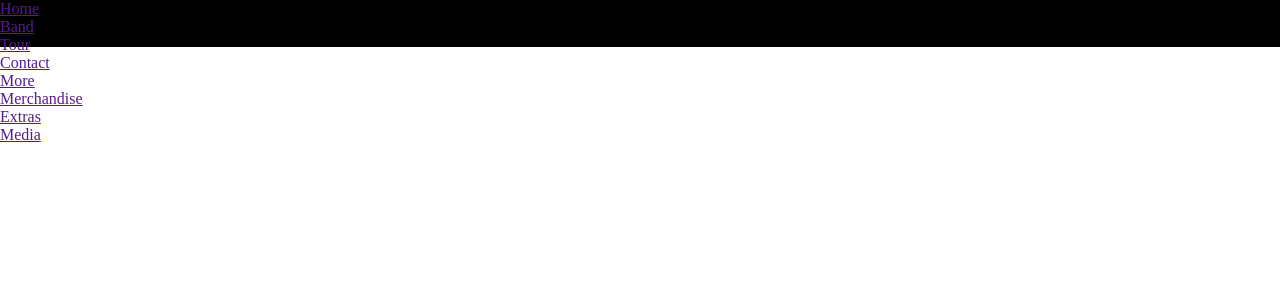
Repository: Dino0411/Dino0411.github.io
Page: index.html
The author's editor kept a copy of each file at every save. The page is drawn from the files as they stood at one save, then again after the next save.
The browser window is 1280 px wide. The pictures show the whole page.

Above is the page before, as saved 2021-10-03 18:05:44.

After the next save:
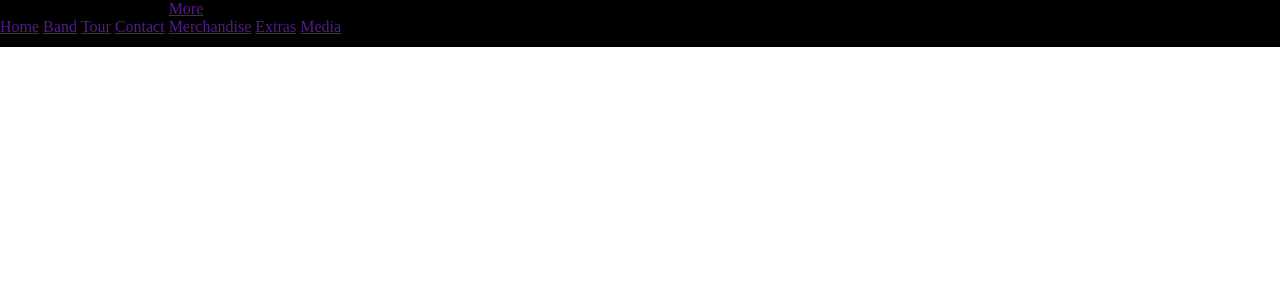
Saved 4 min 41 s later.
--- a/assets/css/style.css
+++ b/assets/css/style.css
@@ -24,6 +24,11 @@
   height: 47px;
   background-color: #000;
 }
+#nav {
+}
+#nav li {
+  display: inline-block;
+}
 #slider {
 }
 #content {
